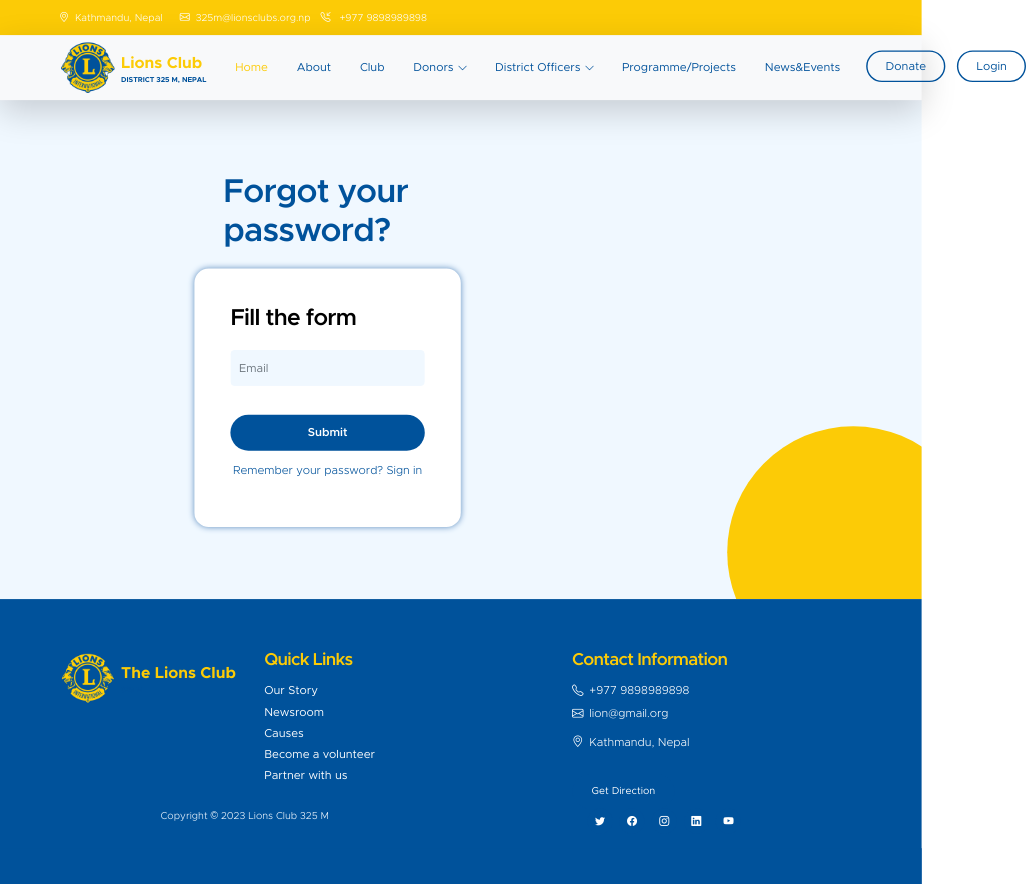
Repository: sandhya8109/Lions
Page: http://localhost/forget.php
These files come from the project's save history. The page is drawn as it stood at one moment and after the next save; the edit follows.
The browser window is 1280 px wide. The page is 1425 px wide, so the pictures cover 1425 px, including what lies to the right of the window. The pictures show the whole page, at 72% of full size.
The page is run by PHP 8.4 with error messages shown; the project is at /var/www/html/.

Above is the page before, as saved 2023-06-18 14:03:07.
Console error: TypeError: Cannot read properties of undefined (reading 'top')

### forget.php
<?php include('nav.php')
    ?>
<!--Volunteer start-->
<section class="volunteer-section section-padding" id="section_4" style="background-color:var(--section-bg-color);">
    <div class="container">
        <div class="row">

            <div class="col-lg-6 col-12" style=" padding-left:200px; padding-right:0px;">
                <h2 class="mb-4" style="color:#00529b; padding-left:40px; ">Forgot your password?</h2>
                <form class="custom-form volunteer-form mb-5 mb-lg-0" action="#" method="post" role="form"
                    style="box-shadow: 0 0 9px rgb(91, 139, 190);">
                    <h3 class="mb-4">Fill the form</h3>

                    <div class="row">
                        <div class="col-lg-12">
                            <input type="email" name="email" id="email" class="form-control" placeholder="Email"
                                required>
                        </div>
                    </div>

                    <div class="row mt-3">
                        <div class="col-lg-12">
                            <button type="submit" class="form-control">Submit</button>
                        </div>
                    </div>

                    <div class="row mt-3">
                        <div class="col-lg-12">
                            <p class="text-center">Remember your password? <a href="#">Sign in</a></p>
                        </div>
                    </div>
                </form>



            </div>



        </div>
    </div>
</section>
<!--Login form -->
<?php include('footer.php')
    ?>

### nav.php
<!doctype html>
<html lang="en">

<head>
    <meta charset="utf-8">
    <meta name="viewport" content="width=device-width, initial-scale=1">
    <meta name="description" content="">
    <meta name="author" content="">
    <title>Lions Club International </title>
    <!-- CSS FILES -->
    <link href="css/bootstrap.min.css" rel="stylesheet">
    <link href="css/bootstrap-icons.css" rel="stylesheet">
    <link href="css/styles.css" rel="stylesheet">
</head>

<body id="section_1">

    <header class="site-header">
        <div class="container">
            <div class="row">

                <div class="col-lg-8 col-12 d-flex flex-wrap">
                    <p class="d-flex me-4 mb-0">
                        <i class="bi-geo-alt me-2"></i>
                        Kathmandu, Nepal
                    </p>

                    <p class="d-flex mb-0">
                        <i class="bi-envelope me-2"></i>

                        <a href="mailto:info@company.com">
                            325m@lionsclubs.org.np
                        </a>
                    </p>
                    &nbsp; &nbsp;
                    <p class="d-flex mb-0">
                        <i class="bi bi-telephone-inbound"></i>
                        &nbsp; &nbsp;
                        <a href="tel:+9779898989898">
                            +977 9898989898
                        </a>
                    </p>
                </div>
            </div>
        </div>
    </header>
    <nav class="navbar navbar-expand-lg bg-light shadow-lg">
        <div class="container">

            <a class="navbar-brand" href="index.php">
                <img src="images/logo.png" class="logo img-fluid">
                <span>
                    Lions Club
                    <small>District 325 M, Nepal</small>
                </span>
            </a>
            <button class="navbar-toggler" type="button" data-bs-toggle="collapse" data-bs-target="#navbarNav"
                aria-controls="navbarNav" aria-expanded="false" aria-label="Toggle navigation">
                <span class="navbar-toggler-icon"></span>
            </button>

            <div class="collapse navbar-collapse" id="navbarNav">

                <ul class="navbar-nav ms-auto">
                    <li class="nav-item">
                        <a class="nav-link click-scroll" href="./index.php">Home</a>
                    </li>

                    <li class="nav-item">
                        <a class="nav-link click-scroll" href="./about.php">About</a>
                    </li>

                    <li class="nav-item">
                        <a class="nav-link click-scroll" href="./club.php">Club</a>
                    </li>

                    <li class="nav-item dropdown">
                        <a class="nav-link click-scroll dropdown-toggle" href="#section_5"
                            id="navbarLightDropdownMenuLink" role="button" data-bs-toggle="dropdown"
                            aria-expanded="false">Donors</a>

                        <ul class="dropdown-menu dropdown-menu-light" aria-labelledby="navbarLightDropdownMenuLink">
                            <li><a class="dropdown-item" href="news.php">PMJF</a></li>

                            <li><a class="dropdown-item" href="news-detail.php">MJF</a></li>
                            <li><a class="dropdown-item" href="news-detail.php">Campaign 100</a></li>
                            <li><a class="dropdown-item" href="news-detail.php">Cam 100</a></li>
                        </ul>
                    </li>


                    <li class="nav-item dropdown">
                        <a class="nav-link click-scroll dropdown-toggle" href="#section_5"
                            id="navbarLightDropdownMenuLink" role="button" data-bs-toggle="dropdown"
                            aria-expanded="false">District Officers</a>

                        <ul class="dropdown-menu dropdown-menu-light" aria-labelledby="navbarLightDropdownMenuLink">
                            <li><a class="dropdown-item" href="news.php">Governor Team</a></li>

                            <li><a class="dropdown-item" href="news-detail.php">Advisor Council</a></li>
                            <li><a class="dropdown-item" href="news-detail.php">Coordinators</a></li>
                            <li><a class="dropdown-item" href="news-detail.php">District Committee</a></li>
                            <li><a class="dropdown-item" href="news-detail.php">CC/AC/RC/ZC/DC</a></li>
                        </ul>
                    </li>

                    <li class="nav-item">
                        <a class="nav-link click-scroll" href="#section_9">Programme/Projects</a>
                    </li>
                    <li class="nav-item">
                        <a class="nav-link click-scroll" href="./news.php">News&Events</a>
                    </li>
                    <li class="nav-item ms-3">
                        <a class="nav-link custom-btn custom-border-btn btn" href="donate.php">Donate</a>
                    </li>
                    <li class="nav-item ms-3">
                        <a class="nav-link custom-btn custom-border-btn btn" href="login.php">Login</a>
                    </li>
                </ul>
            </div>
        </div>
    </nav>

### footer.php
<footer class="site-footer">
    <div class="container">
        <div class="row">
            <div class="col-lg-3 col-12 mb-4">
                <a class="navbar-brand" href="index.html">
                    <img src="images/logo.png" class="logo img-fluid" alt="Kind Heart Charity">
                    <span>
                        The Lions Club
                        <small>325 M</small>
                    </span>
                </a>

            </div>

            <div class="col-lg-4 col-md-6 col-12 mb-4">
                <h5 class="site-footer-title mb-3">Quick Links</h5>

                <ul class="footer-menu">
                    <li class="footer-menu-item"><a href="#" class="footer-menu-link">Our Story</a></li>

                    <li class="footer-menu-item"><a href="#" class="footer-menu-link">Newsroom</a></li>

                    <li class="footer-menu-item"><a href="#" class="footer-menu-link">Causes</a></li>

                    <li class="footer-menu-item"><a href="#" class="footer-menu-link">Become a volunteer</a></li>

                    <li class="footer-menu-item"><a href="#" class="footer-menu-link">Partner with us</a></li>
                </ul>
            </div>

            <div class="col-lg-4 col-md-6 col-12 mx-auto">
                <h5 class="site-footer-title mb-3">Contact Information</h5>

                <p class="text-white d-flex mb-2">
                    <i class="bi-telephone me-2"></i>

                    <a href="tel: +977 9898989898" class="site-footer-link">
                        +977 9898989898
                    </a>
                </p>

                <p class="text-white d-flex">
                    <i class="bi-envelope me-2"></i>

                    <a href="mailto:info@yourgmail.com" class="site-footer-link">
                        lion@gmail.org
                    </a>
                </p>

                <p class="text-white d-flex mt-3">
                    <i class="bi-geo-alt me-2"></i>
                    Kathmandu, Nepal
                </p>

                <a href="#" class="custom-btn btn mt-3">Get Direction</a>
            </div>
            <div class="col-lg-6 col-md-7 col-12">
                <p class="copyright-text mb-0">Copyright © 2023 Lions Club 325 M
                </p>
            </div>

            <div class="col-lg-6 col-md-5 col-12 d-flex justify-content-center align-items-center mx-auto">
                <ul class="social-icon">
                    <li class="social-icon-item">
                        <a href="#" class="social-icon-link bi-twitter"></a>
                    </li>

                    <li class="social-icon-item">
                        <a href="#" class="social-icon-link bi-facebook"></a>
                    </li>

                    <li class="social-icon-item">
                        <a href="#" class="social-icon-link bi-instagram"></a>
                    </li>

                    <li class="social-icon-item">
                        <a href="#" class="social-icon-link bi-linkedin"></a>
                    </li>

                    <li class="social-icon-item">
                        <a href="https://youtube.com/templatemo" class="social-icon-link bi-youtube"></a>
                    </li>
                </ul>
            </div>
        </div>
    </div>

    <div class="site-footer-bottom">
        <div class="container">
            <div class="row">



            </div>
        </div>
    </div>
</footer>

<!-- JAVASCRIPT FILES -->
<script src="js/jquery.min.js"></script>
<script src="js/bootstrap.min.js"></script>
<script src="js/jquery.sticky.js"></script>
<script src="js/click-scroll.js"></script>
<script src="js/counter.js"></script>
<script src="js/custom.js"></script>

</body>

</html>

Loaded but not shown: css/bootstrap.min.css (library); css/bootstrap-icons.css (library); js/jquery.min.js (library); js/bootstrap.min.js (library); js/jquery.sticky.js (library); js/custom.js (common file); js/counter.js (89 lines, source omitted); js/click-scroll.js (37 lines, source omitted); css/styles.css (1669 lines, source omitted)

After the next save:
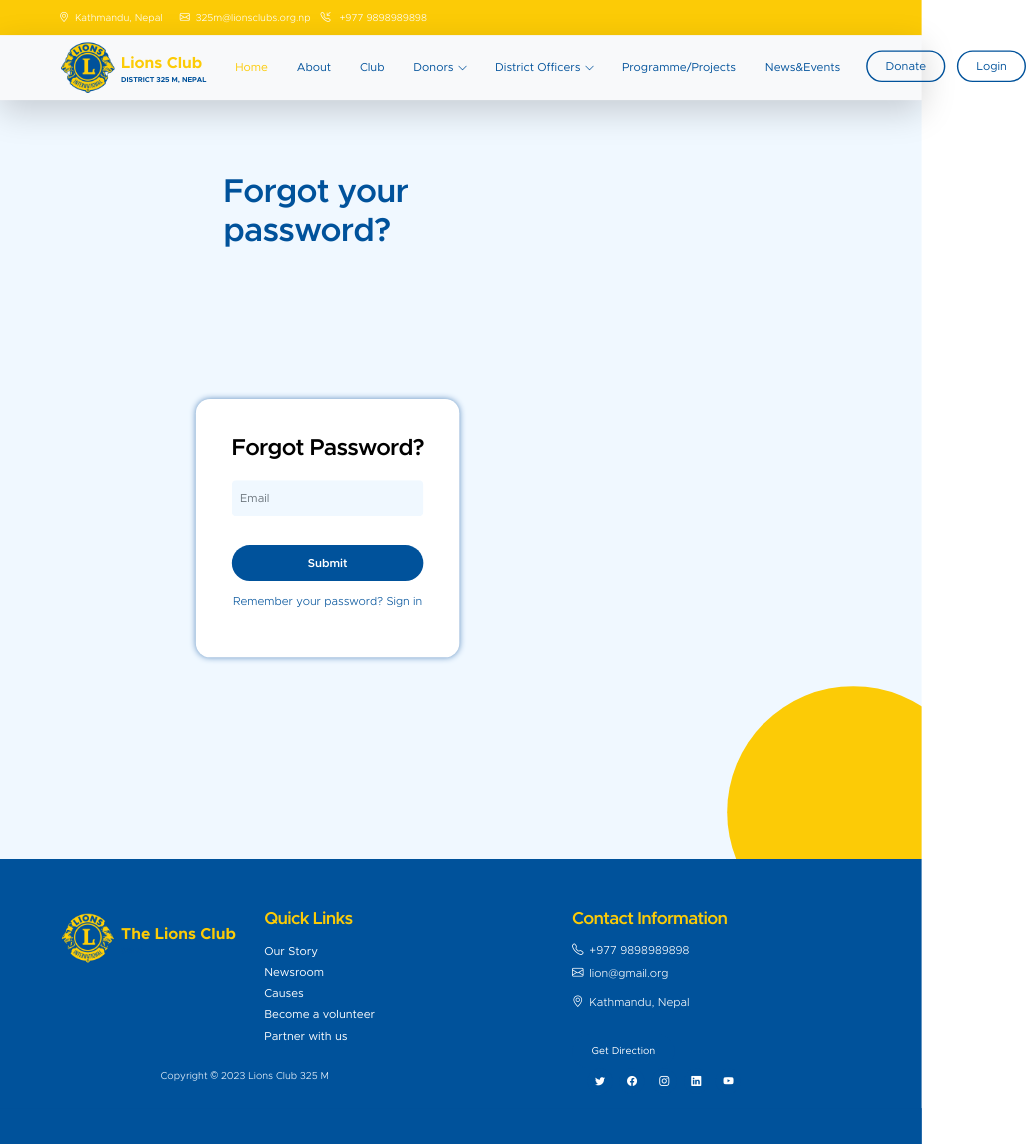
Saved 51 s later.
--- a/forget.php
+++ b/forget.php
@@ -7,30 +7,31 @@
 
             <div class="col-lg-6 col-12" style=" padding-left:200px; padding-right:0px;">
                 <h2 class="mb-4" style="color:#00529b; padding-left:40px; ">Forgot your password?</h2>
-                <form class="custom-form volunteer-form mb-5 mb-lg-0" action="#" method="post" role="form"
-                    style="box-shadow: 0 0 9px rgb(91, 139, 190);">
-                    <h3 class="mb-4">Fill the form</h3>
+                <div style="display: flex; justify-content: center; align-items: center; height: 100vh;">
+                    <form class="custom-form volunteer-form" action="#" method="post" role="form"
+                        style="box-shadow: 0 0 9px rgb(91, 139, 190); max-width: 400px;">
+                        <h3 class="mb-4">Forgot Password?</h3>
 
-                    <div class="row">
-                        <div class="col-lg-12">
-                            <input type="email" name="email" id="email" class="form-control" placeholder="Email"
-                                required>
+                        <div class="row">
+                            <div class="col-lg-12">
+                                <input type="email" name="email" id="email" class="form-control" placeholder="Email"
+                                    required>
+                            </div>
                         </div>
-                    </div>
 
-                    <div class="row mt-3">
-                        <div class="col-lg-12">
-                            <button type="submit" class="form-control">Submit</button>
+                        <div class="row mt-3">
+                            <div class="col-lg-12">
+                                <button type="submit" class="form-control">Submit</button>
+                            </div>
                         </div>
-                    </div>
 
-                    <div class="row mt-3">
-                        <div class="col-lg-12">
-                            <p class="text-center">Remember your password? <a href="#">Sign in</a></p>
+                        <div class="row mt-3">
+                            <div class="col-lg-12">
+                                <p class="text-center">Remember your password? <a href="#">Sign in</a></p>
+                            </div>
                         </div>
-                    </div>
-                </form>
-
+                    </form>
+                </div>
 
 
             </div>
